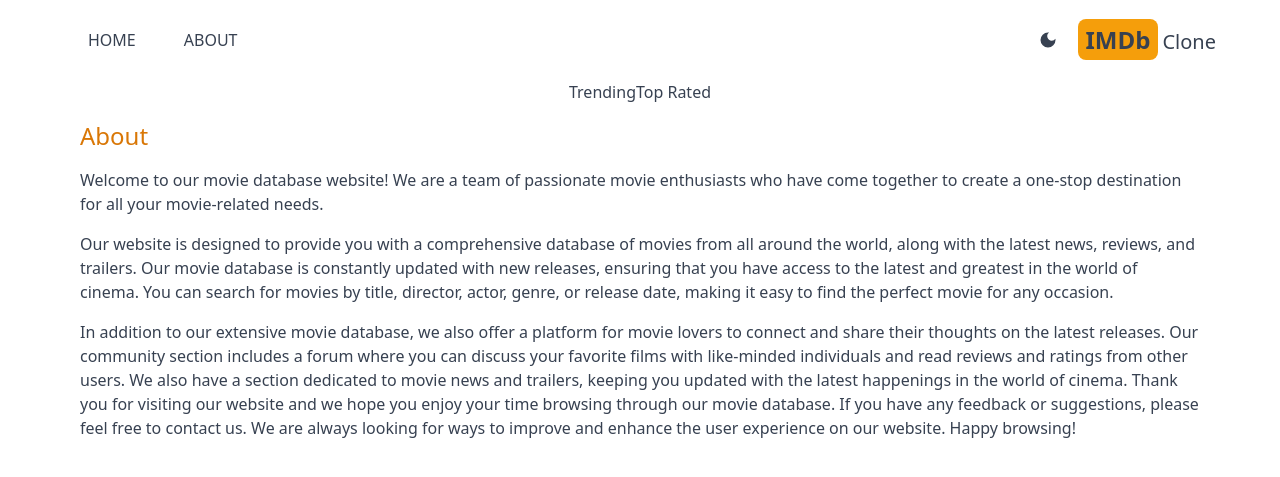
Repository: dnjfht/imdb
Page: /about
The author's editor kept a copy of each file at every save. The page is drawn from the files as they stood at one save, then again after a run of saves.
The browser window is 1280 px wide. The pictures show the whole page.
The project was rebuilt for these pictures with package versions that can differ from the ones it lists, and the page was loaded fresh each time. The framework's server and built-in components were replaced by stand-ins that run in the browser. Also part of the build but not shown: next.config.js.

Above is the page before, as saved 2023-10-02 13:17:49.

After the next 2 saves:
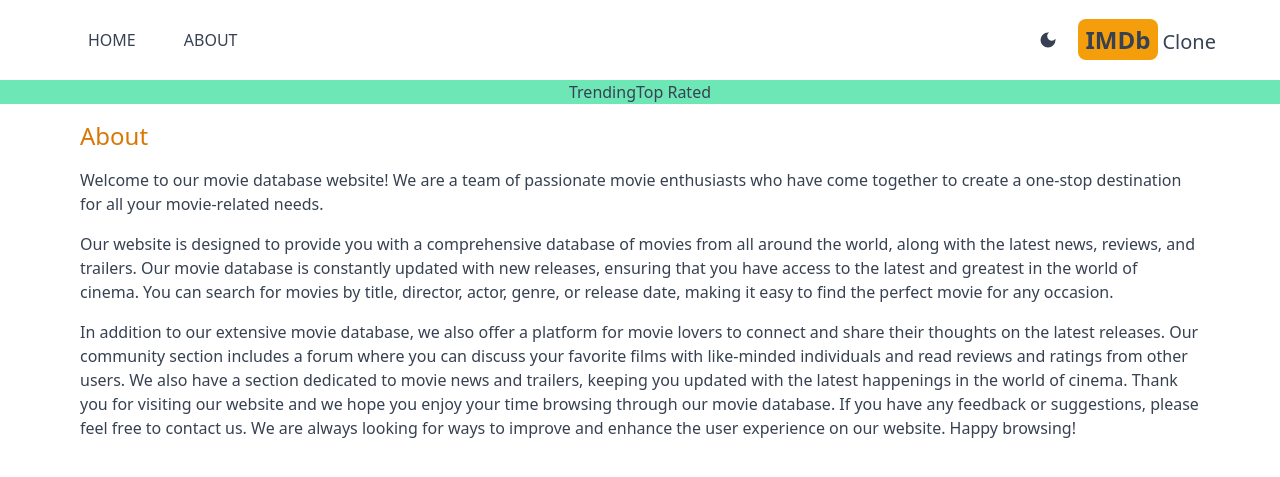
The 2 saves are shown as one change because they came seconds apart.
The last was saved 17 s later.
--- a/src/app/components/Navbar.jsx
+++ b/src/app/components/Navbar.jsx
@@ -2,7 +2,7 @@
 
 export default function Navbar() {
   return (
-    <div className="flex justify-center dark:bg-gray-600 bg-">
+    <div className="flex justify-center dark:bg-gray-600 bg-emerald-300">
       <NavbarItem title="Trending" param="fetchTrending" />
       <NavbarItem title="Top Rated" param="fetchTopRated" />
     </div>
